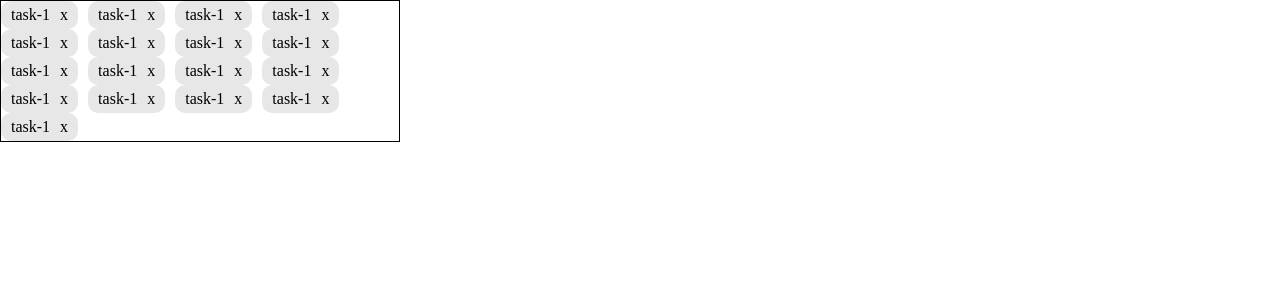
Repository: OkazakiTruong/selectOption
Page: /
These files come from the project's save history. The page is drawn as it stood at one moment and after a run of saves; the edit follows.
The browser window is 1280 px wide. The pictures show the whole page.
The project was rebuilt for these pictures with package versions that can differ from the ones it lists, and the page was loaded fresh each time. Also part of the build but not shown: vite.config.js.

Above is the page before, as saved 2024-01-17 21:03:30.

After the next 2 saves:
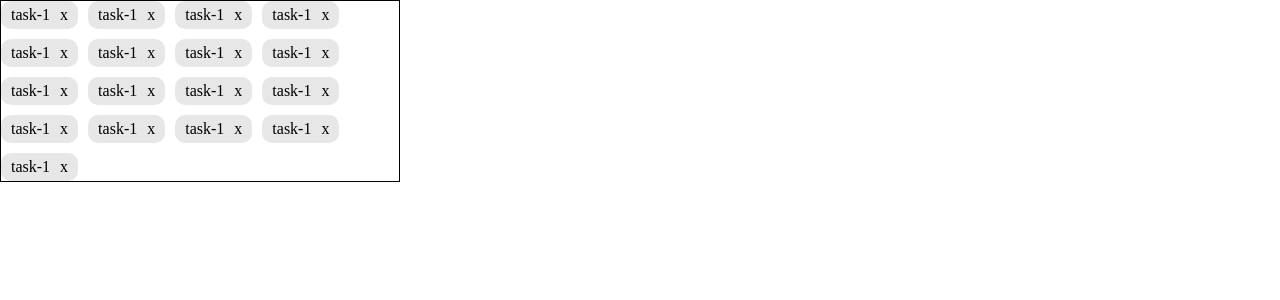
The 2 saves are shown as one change because they came seconds apart.
The last was saved 17 s later.
--- a/src/SelectBox/selectbox.css
+++ b/src/SelectBox/selectbox.css
@@ -3,6 +3,7 @@
   flex-wrap: wrap;
   width: 400px;
   border: 1px solid black;
+  gap: 10px;
 }
 .select-input .input {
   border: none;
@@ -14,7 +15,6 @@
   border-radius: 10px;
   display: flex;
   align-items: center;
-  margin-right: 10px;
 }
 .select-item .btn-delete {
   margin-left: 10px;
